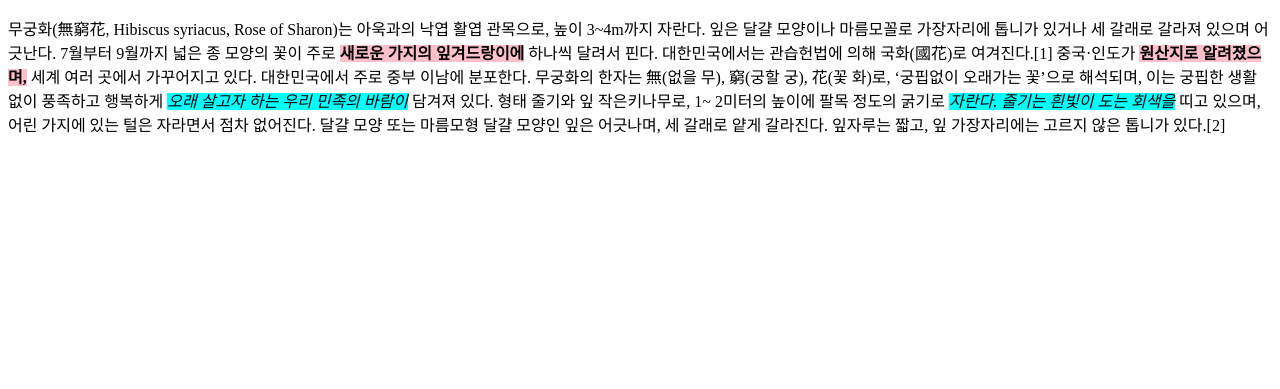
Repository: sH1222J/SH_DDit_WEB_study
Page: workspace/webpro/src/main/webapp/0304/텍스트서식.html
These files come from the project's save history. The page is drawn as it stood at one moment and after the next save; the edit follows.
The browser window is 1280 px wide. The pictures show the whole page.

Above is the page before, as saved 2025-03-04 03:22:52.

After the next save:
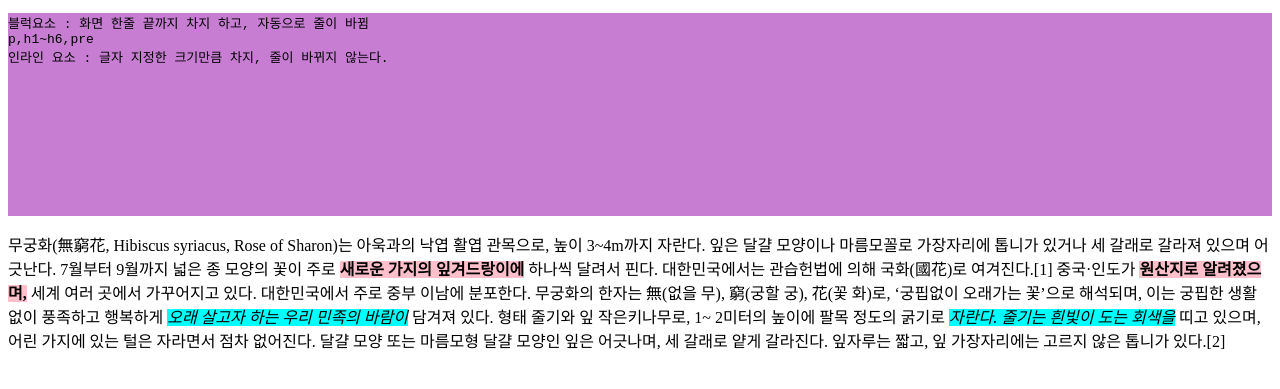
Saved 3 min 28 s later.
--- a/workspace/webpro/src/main/webapp/0304/텍스트서식.html
+++ b/workspace/webpro/src/main/webapp/0304/텍스트서식.html
@@ -13,9 +13,29 @@ b, strong {
 i, em {
 	background: cyan;
 }
+
+pre {
+	background: rgb(198, 125, 210);
+}
 </style>
 </head>
 <body>
+
+	<pre>
+블럭요소 : 화면 한줄 끝까지 차지 하고, 자동으로 줄이 바뀜
+p,h1~h6,pre
+인라인 요소 : 글자 지정한 크기만큼 차지, 줄이 바뀌지 않는다.
+
+
+
+
+
+
+
+
+
+
+</pre>
 
 
 
